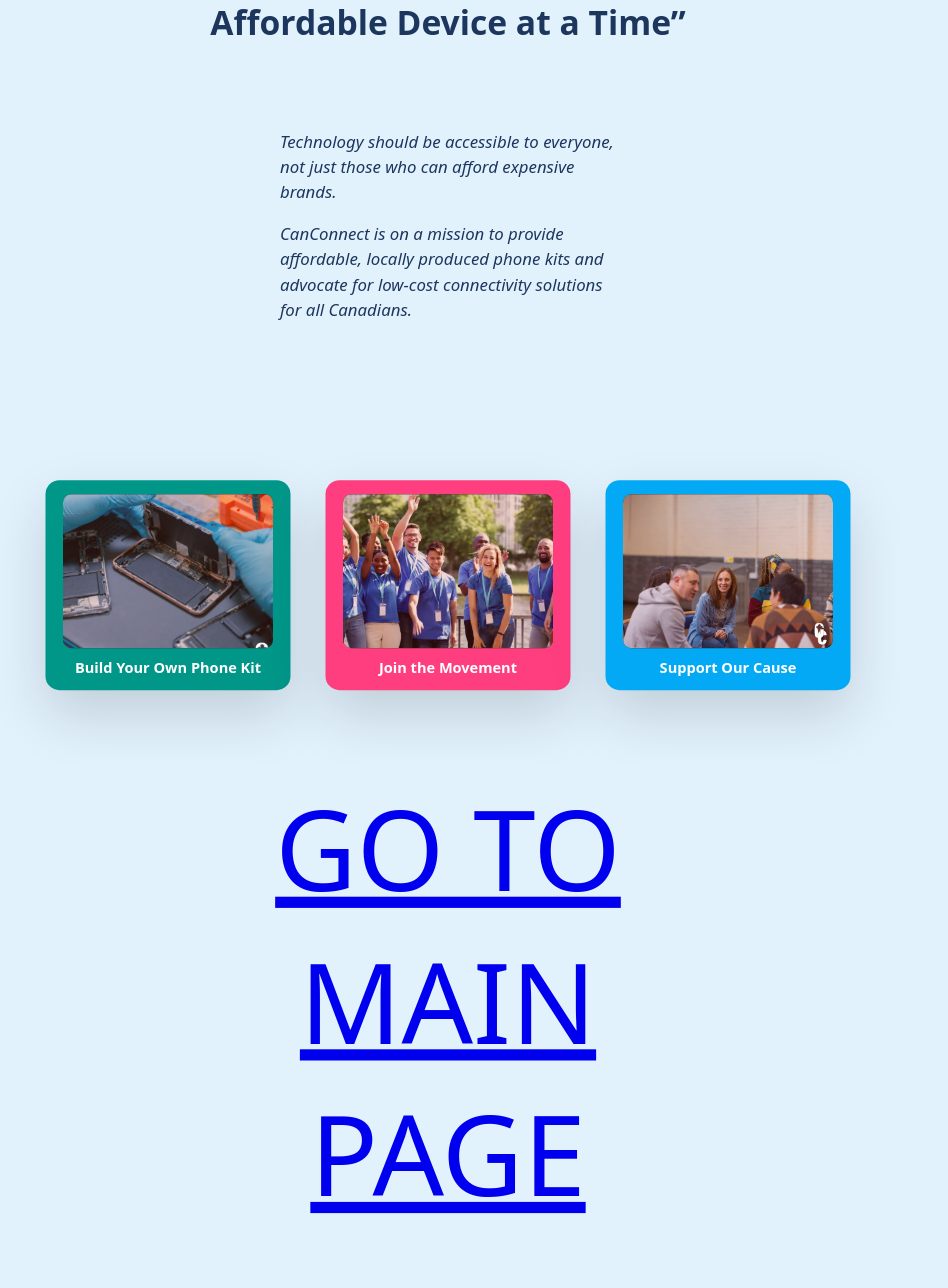
Repository: katelynyew/communityWebsite
Page: index.html
The author's editor kept a copy of each file at every save. The page is drawn from the files as they stood at one save, then again after the next save.
The browser window is 1280 px wide. The page is 1354 px wide, so the pictures cover 1354 px, including what lies to the right of the window. The pictures show the part of the page from y = 2610 to 4450 px (the page is 4450 px tall before and 3925 px after), at 70% of full size.
Some web fonts or font styles are not loaded; a fallback is used. Some web libraries are served in a nearby version.

Above is the page before, as saved 2025-04-03 04:17:16.

After the next save:
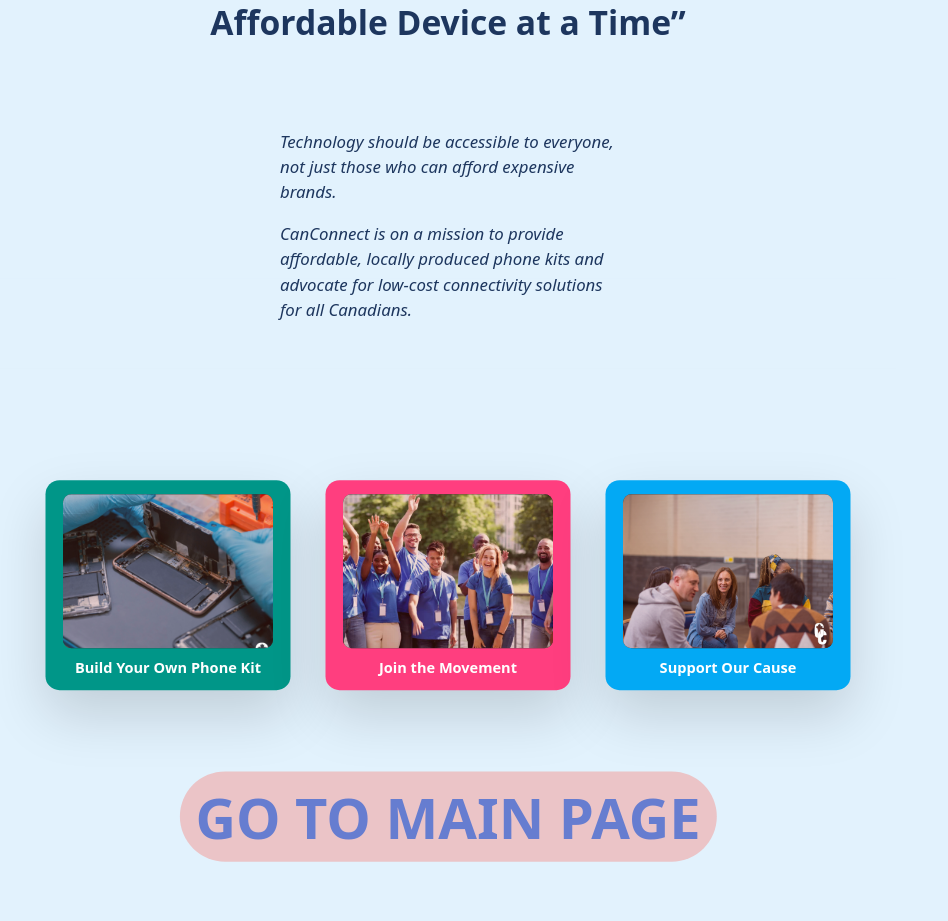
Saved 8 s later.
--- a/style.css
+++ b/style.css
@@ -327,7 +327,7 @@
     width: 65%;
     text-align: center;
     font-size: 10rem;
-    color: rgb(29, 54, 94;
+    color: rgb(12, 45, 124);
     font-size: 5rem;
     font-weight: lighter;
     list-style: none;
@@ -335,7 +335,7 @@
     padding: 10px;
     border-radius: 100px;
 
-   /* background-color: rgba(255, 84, 65, 0.292); */
+   background-color: rgba(255, 84, 65, 0.292);
 }
 
 .home:hover {
